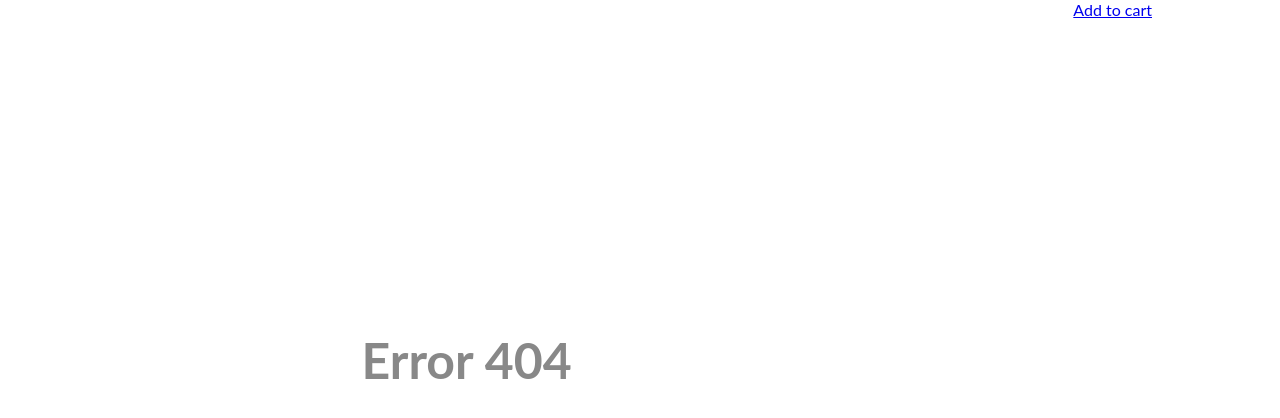
Repository: SavalaramRedkar/SupermarketManagementSystem-Java
Page: http://localhost/Supermarket_Management_System/error.jsp
The author's editor kept a copy of each file at every save. The page is drawn from the files as they stood at one save, then again after the next save.
The browser window is 1280 px wide. The pictures show the whole page.
The page is served by Tomcat 9. Other server files are loaded and not shown.

Above is the page before, as saved 2021-03-14 15:20:04.

### Supermarket Management System/WebContent/error.jsp
<%@page isErrorPage="true"%>
<!DOCTYPE html PUBLIC "-//W3C//DTD HTML 4.01 Transitional//EN" "http://www.w3.org/TR/html4/loose.dtd">
<html>
<style>
* {
	transition: all 0.6s;
}

html {
	height: 100%;
}

body {
	font-family: 'Lato', sans-serif;
	color: #888;
	margin: 0;
}

#main {
	display: table;
	width: 100%;
	height: 100vh;
	text-align: center;
}

.fof {
	display: table-cell;
	vertical-align: middle;
}

.fof h1 {
	font-size: 50px;
	display: inline-block;
	padding-right: 12px;
	animation: type .5s alternate infinite;
}

/* @keyframes type{
	  from{box-shadow: inset -3px 0px 0px #888;}
	  to{box-shadow: inset -3px 0px 0px transparent;}
} */
/* body {
	background-color: #fff;
}

h1 {
	color: black;
	text-align: center;
}

a {
	color: black;
}

.alert {
    position: relative;
    padding: .75rem 1.25rem;
    /* margin-bottom: 1rem; */
margin
:

auto
;


border
:

1px

solid

transparent
;


border-radius
:

.25rem
;


width
:

800px
;


}
.alert-danger {
	color: #721c24;
	background-color: #f8d7da;
	border-color: #f5c6cb;
}
*
/
</style>
<head>
<meta http-equiv="Content-Type" content="text/html; charset=ISO-8859-1">
<title>Error</title>
</head>
<body>
	<!-- <h1 class="alert alert-danger">Some thing went Wrong!</h1>
	<h1>So go for login! Try again!</h1>
	<h1>
		<a href="login.jsp">login</a>
	</h1> -->
	<div id="main">
		<div class="fof">
			<h1>Error 404</h1>
		</div>
		<a class="cart" href="login.jsp">Add to cart
						<i class='fas fa-cart-plus'></i>
				</a>
	</div>

</body>
</html>

After the next save:
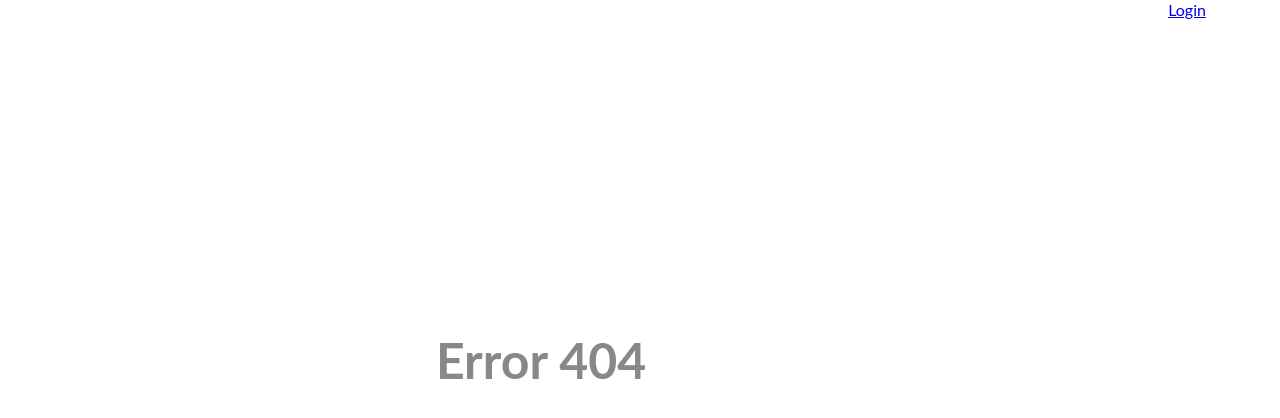
Saved 10 s later.
--- a/Supermarket Management System/WebContent/error.jsp
+++ b/Supermarket Management System/WebContent/error.jsp
@@ -111,9 +111,7 @@ width
 		<div class="fof">
 			<h1>Error 404</h1>
 		</div>
-		<a class="cart" href="login.jsp">Add to cart
-						<i class='fas fa-cart-plus'></i>
-				</a>
+		<a class="cart" href="login.jsp">Login</a>
 	</div>
 
 </body>
